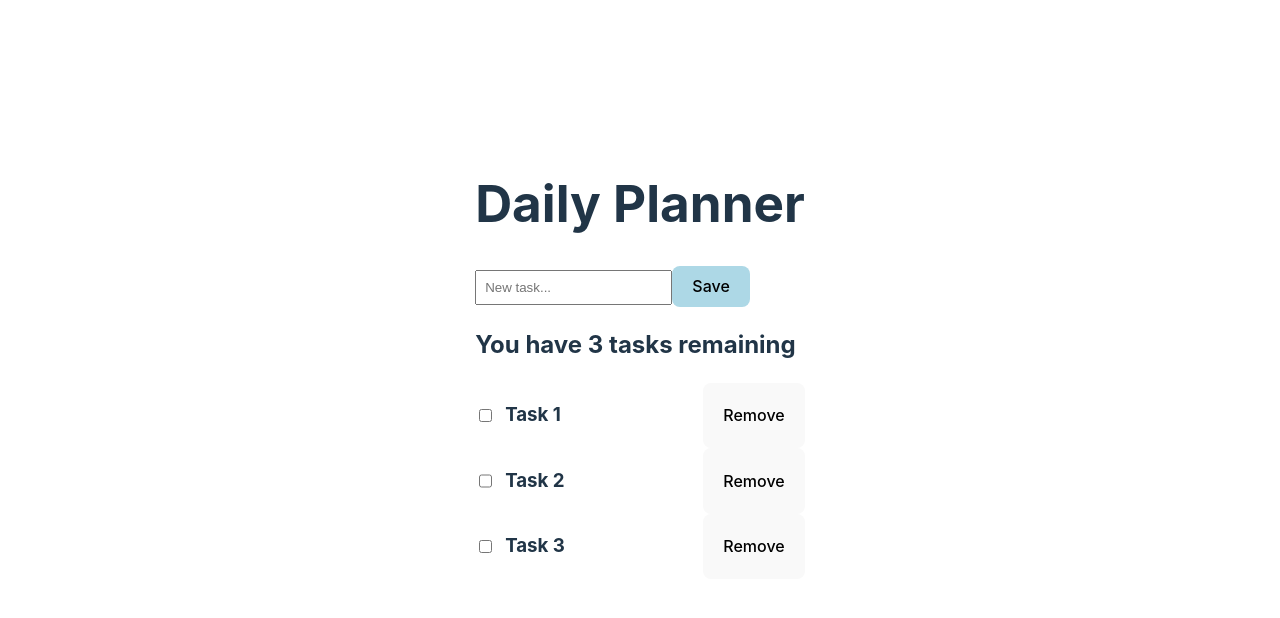
Repository: Vanessahyc/COMP3170_Week6_Lab4
Page: /
An editor plug-in stored every save of this project. The page is shown before and after the next save, followed by the edit.
The browser window is 1280 px wide. The pictures show the whole page.
The project was rebuilt for these pictures with package versions that can differ from the ones it lists, and the page was loaded fresh each time. Also part of the build but not shown: vite.config.js.

Above is the page before, as saved 2024-10-20 00:23:37.

### src/App.jsx
import { useState } from 'react';
// import reactLogo from './assets/react.svg'
// import viteLogo from '/vite.svg'
import './App.css';
import TaskList from './components/TaskList';
import { initialTasksList } from './data/initialTasksList';


function App() {
  const [preTaskList, setPreTaskList] = useState(initialTasksList);

  const [newTask, setNewTask] = useState('');

  const handleInputChange = (e) => {setNewTask(e.target.value);};

  const handleSave = (e) => {
    e.preventDefault();
    if (newTask.trim()) {
      const newTaskDefault = {id: preTaskList.length ? preTaskList[preTaskList.length - 1].id + 1 : 1, task: newTask, completed: false};
      setPreTaskList([...preTaskList, newTaskDefault]);
      setNewTask('');
    }
  };

  const handleRemove = (taskId) => {
    setPreTaskList(prevTasksStatus => prevTasksStatus.filter(task => task.id !== taskId));
  };

  const handleToggleCheckbox = (taskId) => {
    setPreTaskList(prevTasksStatus => prevTasksStatus.map(task => task.id === taskId ? { ...task, completed: !task.completed } : task ));
  };

  return (
    <>
      <header>
        <h1>Daily Planner</h1>
      </header>
      <form onSubmit={handleSave}>
        <input type='text' className='input_box' placeholder='New task...' value={newTask} onChange={handleInputChange}/>
        <button type='submit'className='save_btn'>Save</button>
      </form>
      <TaskList taskRemain={preTaskList} onRemove={handleRemove} onToggle={handleToggleCheckbox} />
    </>
  )
}

export default App

### src/App.css
#root {
  max-width: 1280px;
  margin: 0 auto;
  padding: 2rem;
}

.logo {
  height: 6em;
  padding: 1.5em;
  will-change: filter;
  transition: filter 300ms;
}
.logo:hover {
  filter: drop-shadow(0 0 2em #646cffaa);
}
.logo.react:hover {
  filter: drop-shadow(0 0 2em #61dafbaa);
}

@keyframes logo-spin {
  from {
    transform: rotate(0deg);
  }
  to {
    transform: rotate(360deg);
  }
}

@media (prefers-reduced-motion: no-preference) {
  a:nth-of-type(2) .logo {
    animation: logo-spin infinite 20s linear;
  }
}

.card {
  padding: 2em;
}

.read-the-docs {
  color: #888;
}

.task {
  list-style: none;
  display: flex;
  justify-content: space-between;
}

.task_title {
  display: flex;
  gap: 10px;
}

.input_box {
  padding: 8px;
}

.save_btn {
  background-color: lightblue;
}

.remove_btn {
  background-color: pink;
}

### src/components/TaskList.jsx
export default function TaskList({ taskRemain, onRemove, onToggle }) {

  const tasksNum = taskRemain.filter(task => !task.completed).length;


  const taskList = taskRemain.map((tasksItem) => (
    <div key={tasksItem.id} className="task">
      <div className="task_title">
        <input type="checkbox" checked={tasksItem.completed} onChange={() => onToggle(tasksItem.id)} />
        <h3>{tasksItem.task}</h3>
      </div>
      <button onClick={() => onRemove(tasksItem.id)}>Remove</button>
    </div>
  ));

  return (
    <>
      <h2>You have {tasksNum} tasks remaining</h2>
      <div className="tasklist_container">
        {taskList}
      </div>
    </>
  );
}

### src/data/initialTasksList.js
export const initialTasksList = [
    {
      id: 1,
      task: 'Task 1',
      completed: false
    },
    {
      id: 2,
      task: 'Task 2',
      completed: false
    },
    { id: 3,
      task: 'Task 3',
      completed: false
    }
  ];

Loaded but not shown: index.html (common file); src/main.jsx (common file); src/index.css (common file)

After the next save:
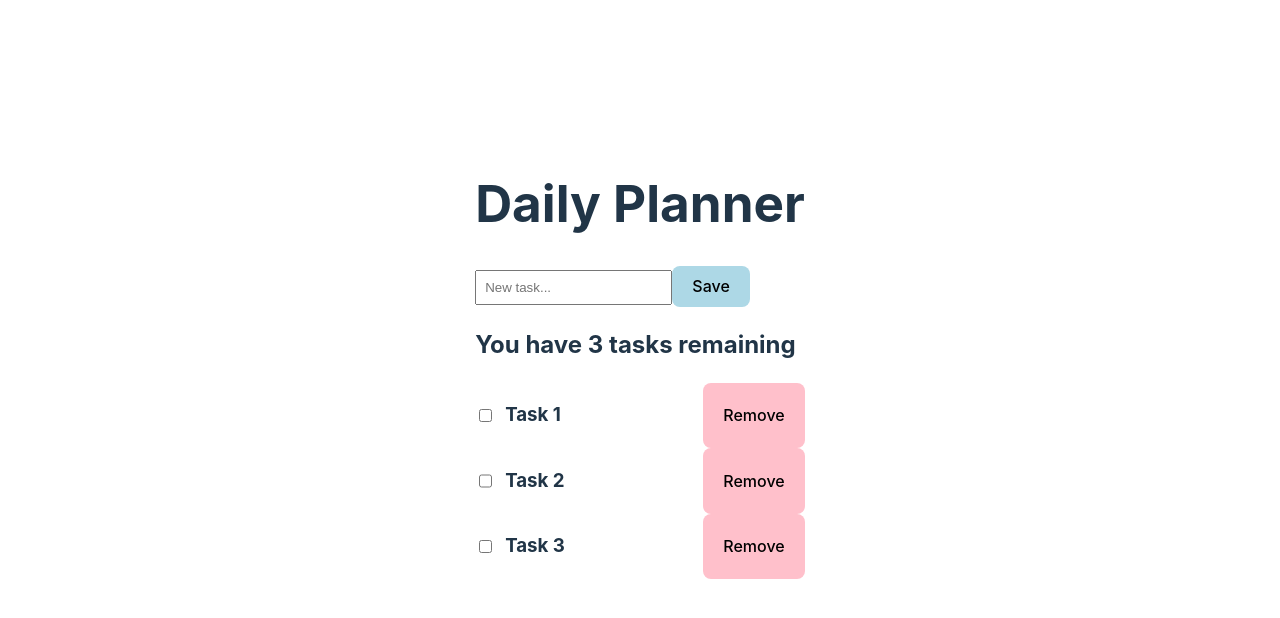
Saved 17 s later.
--- a/src/components/TaskList.jsx
+++ b/src/components/TaskList.jsx
@@ -9,7 +9,7 @@ export default function TaskList({ taskRemain, onRemove, onToggle }) {
         <input type="checkbox" checked={tasksItem.completed} onChange={() => onToggle(tasksItem.id)} />
         <h3>{tasksItem.task}</h3>
       </div>
-      <button onClick={() => onRemove(tasksItem.id)}>Remove</button>
+      <button className="remove_btn" onClick={() => onRemove(tasksItem.id)}>Remove</button>
     </div>
   ));
 
